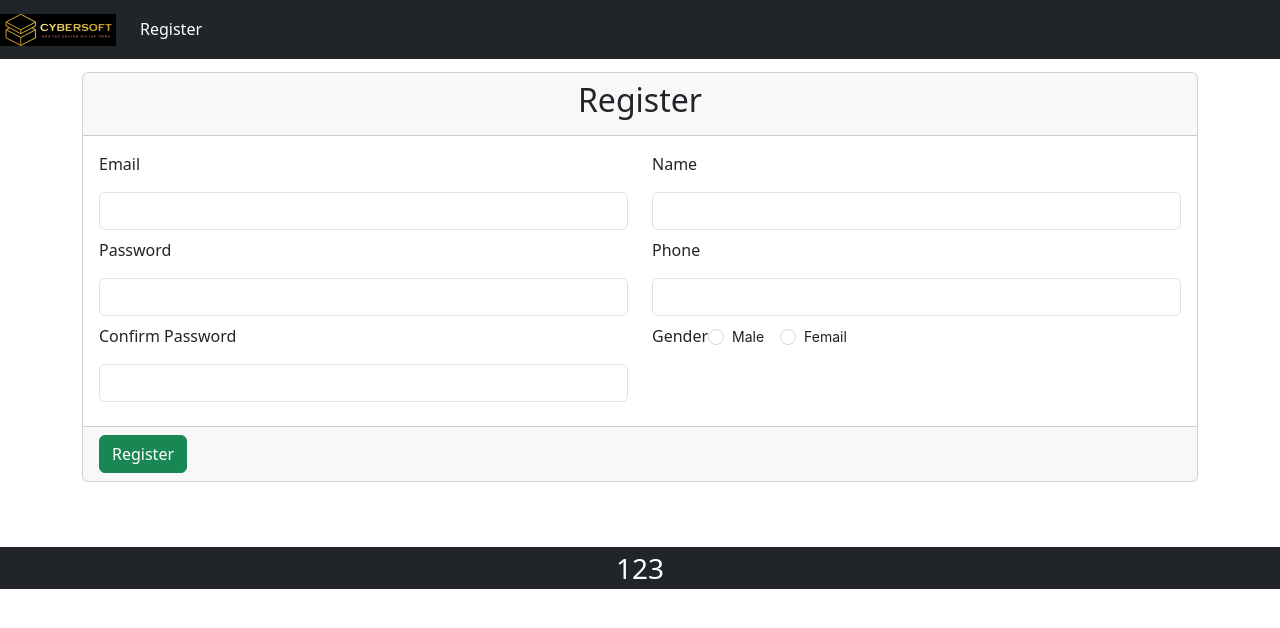
Repository: KhoiNguyen77/react-capstone
Page: /register
These files come from the project's save history. The page is drawn as it stood at one moment and after the next save; the edit follows.
The browser window is 1280 px wide. The pictures show the whole page.
The project was rebuilt for these pictures with package versions that can differ from the ones it lists, and the page was loaded fresh each time.

Above is the page before, as saved 2023-06-15 14:27:22.

### public/index.html
<!DOCTYPE html>
<html lang="en">

<head>
  <meta charset="utf-8" />
  <link rel="icon" href="%PUBLIC_URL%/favicon.ico" />
  <meta name="viewport" content="width=device-width, initial-scale=1" />
  <meta name="theme-color" content="#000000" />
  <meta name="description" content="Web site created using create-react-app" />
  <link rel="apple-touch-icon" href="%PUBLIC_URL%/logo192.png" />
  <!--
      manifest.json provides metadata used when your web app is installed on a
      user's mobile device or desktop. See https://developers.google.com/web/fundamentals/web-app-manifest/
    -->
  <link rel="manifest" href="%PUBLIC_URL%/manifest.json" />
  <!--
      Notice the use of %PUBLIC_URL% in the tags above.
      It will be replaced with the URL of the `public` folder during the build.
      Only files inside the `public` folder can be referenced from the HTML.

      Unlike "/favicon.ico" or "favicon.ico", "%PUBLIC_URL%/favicon.ico" will
      work correctly both with client-side routing and a non-root public URL.
      Learn how to configure a non-root public URL by running `npm run build`.
    -->
  <link href="https://cdn.jsdelivr.net/npm/bootstrap@5.3.0/dist/css/bootstrap.min.css" rel="stylesheet"
    integrity="sha384-9ndCyUaIbzAi2FUVXJi0CjmCapSmO7SnpJef0486qhLnuZ2cdeRhO02iuK6FUUVM" crossorigin="anonymous">
  <title>Capstone React</title>
</head>

<body>
  <noscript>You need to enable JavaScript to run this app.</noscript>
  <div id="root"></div>
  <!--
      This HTML file is a template.
      If you open it directly in the browser, you will see an empty page.

      You can add webfonts, meta tags, or analytics to this file.
      The build step will place the bundled scripts into the <body> tag.

      To begin the development, run `npm start` or `yarn start`.
      To create a production bundle, use `npm run build` or `yarn build`.
    -->
</body>
<script src="https://cdn.jsdelivr.net/npm/bootstrap@5.3.0/dist/js/bootstrap.bundle.min.js"
  integrity="sha384-geWF76RCwLtnZ8qwWowPQNguL3RmwHVBC9FhGdlKrxdiJJigb/j/68SIy3Te4Bkz" crossorigin="anonymous"></script>

</html>

### src/index.js
import React from 'react';
import ReactDOM from 'react-dom/client';
import { store } from './Redux/configStore';
import { unstable_HistoryRouter as HistoryRouter, Route, Routes } from 'react-router-dom';
import { Provider } from 'react-redux';
import HomeTemplate from './Template/HomeTemplate';
import { createBrowserHistory } from 'history'
import Register from './pages/Register';
export const customNavigate = createBrowserHistory();
const root = ReactDOM.createRoot(document.getElementById('root'));
root.render(
  <Provider store={store}>
    <HistoryRouter history={customNavigate}>
      <Routes>
        <Route path='/' element={<HomeTemplate></HomeTemplate>}>
          <Route path='/register' element={<Register></Register>}></Route>
        </Route>
      </Routes>
    </HistoryRouter>
  </Provider>
);

// If you want to start measuring performance in your app, pass a function
// to log results (for example: reportWebVitals(console.log))
// or send to an analytics endpoint. Learn more: https://bit.ly/CRA-vitals

### src/Redux/configStore.jsx
import {configureStore} from '@reduxjs/toolkit';


export const store = configureStore({
    reducer: {

    }
})

### src/Template/HomeTemplate.jsx
import React from 'react'



import { createBrowserHistory } from 'history'
import { NavLink, Outlet } from 'react-router-dom'
import Header from '../Component/Header'



const HomeTemplate = () => {
    return <div>
        <div className='header' style={{minHeight: '10vh'}}>
            <Header></Header>
        </div>
        <div className="content" style={{minHeight: '66vh'}}>
            <Outlet></Outlet>
        </div>
        <footer className='fs-3 text-center text-white bg-dark'>
            123
        </footer>
    </div>
}

export default HomeTemplate

### src/pages/Register.jsx
import React from 'react'
import { Radio } from 'antd';
import { useFormik } from 'formik';
import * as yup from 'yup'
const Register = () => {
    const registerMik = useFormik({
        initialValues: {
            email: '',
            password: '',
            name: '',
            gender: true,
            phone: ''
        },
        onSubmit: values => {
            console.log(values);
        },
        validationSchema: yup.object().shape({
            email: yup.string().required("Email can't be blank !").email("Email is not valid !"),
            password: yup.string().required("Password can't be blank !").min(5, "Password must have at least 5 characters").max(8, "Password only have 8 characters at max"),
            name: yup.string().required("Name can't be blank"),
            gender: yup.string().required("Please select your gender !"),
            phone: yup.string().required("Phonenumber can't be blank !")
        })
    })

    return (
        <div className='container'>
            <form className='card form-group' onSubmit={registerMik.handleSubmit}>
                <div className="card-header">
                    <h2 className='text-center'>Register</h2>
                </div>
                <div className="card-body">
                    <div className="row">
                        <div className="col-md-6 col-12">
                            <p className='d-inline-block'>Email</p> <span className='text-danger'>{registerMik.errors.email}</span>
                            <input type="email" className='form-control mb-2' id='email' name='email' onChange={registerMik.handleChange} />
                        </div>
                        <div className="col-md-6 col-12">
                            <p className='d-inline-block'>Name</p> <span className='text-danger'>{registerMik.errors.name}</span>
                            <input type="text" className='form-control mb-2' id='name' name='name' onChange={registerMik.handleChange} />
                        </div>
                    </div>
                    <div className="row">
                        <div className="col-md-6 col-12">
                            <p className='d-inline-block'>Password</p><span className='text-danger'>{registerMik.errors.password}</span>
                            <input type="password" className='form-control mb-2' id='password' name='password' onChange={registerMik.handleChange} />
                        </div>
                        <div className="col-md-6 col-12">
                            <p className='d-inline-block'>Phone</p> <span className='text-danger'>{registerMik.errors.phone}</span>
                            <input type="number" className='form-control mb-2' id='phone' name='phone' onChange={registerMik.handleChange} />
                        </div>
                    </div>
                    <div className="row">
                        <div className="col-md-6 col-12">
                            <p className='d-inline-block'>Confirm Password</p>
                            <input type="password" className='form-control mb-2' id='confirm-pass' name='confirm-pass' onChange={registerMik.handleChange} />
                        </div>
                        <div className="col-md-6 col-12">
                            <p className='d-inline-block'>Gender</p><span className='text-danger'>{registerMik.errors.gender}</span>
                            <Radio.Group id='gender' name='gender'>
                                <Radio value={true}>Male</Radio>
                                <Radio value={false}>Femail</Radio>
                            </Radio.Group>
                        </div>
                    </div>
                </div>
                <div className="card-footer">
                    <button type='submit' className='btn btn-success'>Register</button>
                </div>
            </form>
        </div>
    )
}

export default Register

### src/Component/Header.jsx
import React from 'react'
import { NavLink } from 'react-router-dom'

const Header = () => {
    return (
        <nav className="navbar navbar-expand-sm navbar-dark bg-dark">
            <NavLink className="navbar-brand" to="/">
                <img src='./images/image 3.png' alt='logo'></img>
            </NavLink>
            <button className="navbar-toggler d-lg-none" type="button" data-bs-toggle="collapse" data-bs-target="#collapsibleNavId" aria-controls="collapsibleNavId" aria-expanded="false" aria-label="Toggle navigation" />
            <div className="collapse navbar-collapse" id="collapsibleNavId">
                <ul className="navbar-nav me-auto mt-2 mt-lg-0">
                    <li className="nav-item">
                        <NavLink className="nav-link" to="/register">Register</NavLink>
                    </li>
                </ul>
            </div>
        </nav>)
}

export default Header

After the next save:
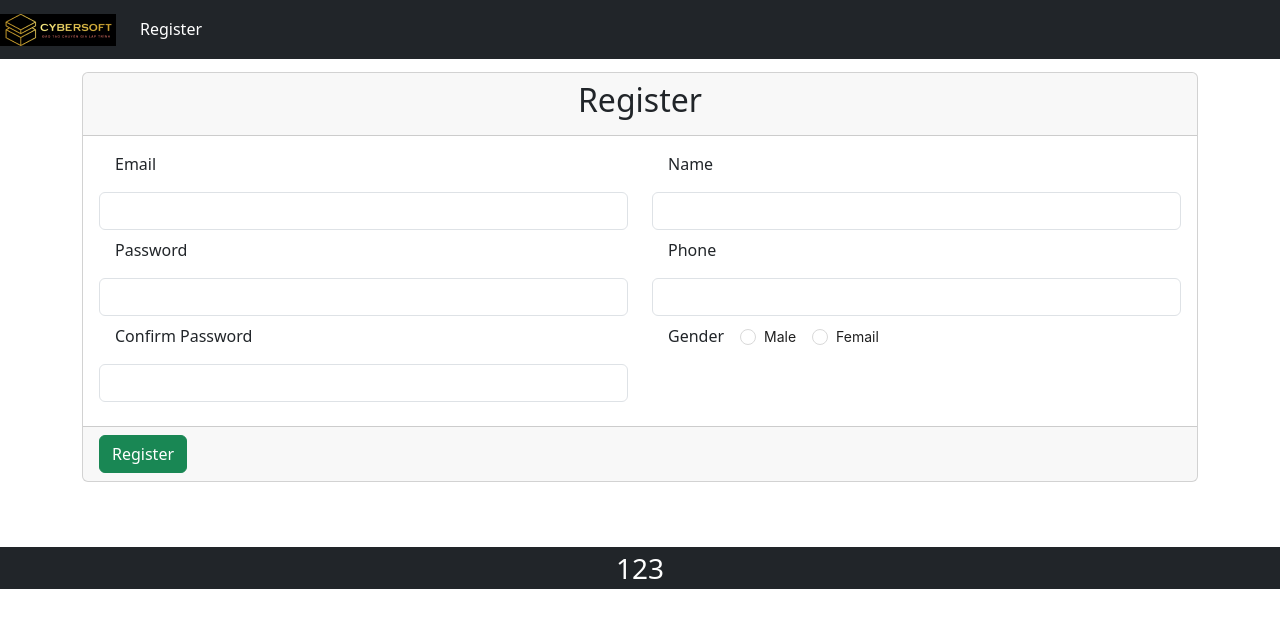
Saved 53 s later.
--- a/src/pages/Register.jsx
+++ b/src/pages/Register.jsx
@@ -32,31 +32,31 @@
                 <div className="card-body">
                     <div className="row">
                         <div className="col-md-6 col-12">
-                            <p className='d-inline-block'>Email</p> <span className='text-danger'>{registerMik.errors.email}</span>
+                            <p className='d-inline-block mx-3'>Email</p> <span className='text-danger'>{registerMik.errors.email}</span>
                             <input type="email" className='form-control mb-2' id='email' name='email' onChange={registerMik.handleChange} />
                         </div>
                         <div className="col-md-6 col-12">
-                            <p className='d-inline-block'>Name</p> <span className='text-danger'>{registerMik.errors.name}</span>
+                            <p className='d-inline-block mx-3'>Name</p> <span className='text-danger'>{registerMik.errors.name}</span>
                             <input type="text" className='form-control mb-2' id='name' name='name' onChange={registerMik.handleChange} />
                         </div>
                     </div>
                     <div className="row">
                         <div className="col-md-6 col-12">
-                            <p className='d-inline-block'>Password</p><span className='text-danger'>{registerMik.errors.password}</span>
+                            <p className='d-inline-block mx-3'>Password</p><span className='text-danger'>{registerMik.errors.password}</span>
                             <input type="password" className='form-control mb-2' id='password' name='password' onChange={registerMik.handleChange} />
                         </div>
                         <div className="col-md-6 col-12">
-                            <p className='d-inline-block'>Phone</p> <span className='text-danger'>{registerMik.errors.phone}</span>
+                            <p className='d-inline-block mx-3'>Phone</p> <span className='text-danger'>{registerMik.errors.phone}</span>
                             <input type="number" className='form-control mb-2' id='phone' name='phone' onChange={registerMik.handleChange} />
                         </div>
                     </div>
                     <div className="row">
                         <div className="col-md-6 col-12">
-                            <p className='d-inline-block'>Confirm Password</p>
+                            <p className='d-inline-block mx-3'>Confirm Password</p>
                             <input type="password" className='form-control mb-2' id='confirm-pass' name='confirm-pass' onChange={registerMik.handleChange} />
                         </div>
                         <div className="col-md-6 col-12">
-                            <p className='d-inline-block'>Gender</p><span className='text-danger'>{registerMik.errors.gender}</span>
+                            <p className='d-inline-block mx-3'>Gender</p><span className='text-danger'>{registerMik.errors.gender}</span>
                             <Radio.Group id='gender' name='gender'>
                                 <Radio value={true}>Male</Radio>
                                 <Radio value={false}>Femail</Radio>
